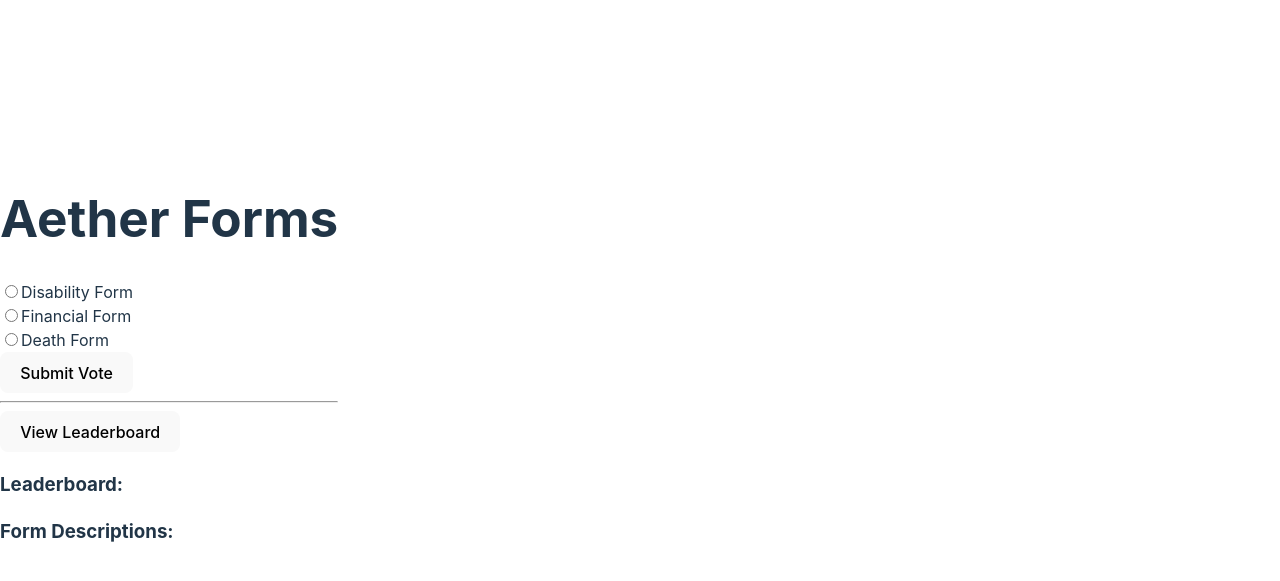
Repository: Jennica1/Aether-Top-Forms
Page: / (app in form-leaderboard-frontend/)
The author's editor kept a copy of each file at every save. The page is drawn from the files as they stood at one save, then again after the next save.
The browser window is 1280 px wide. The pictures show the whole page.
The project was rebuilt for these pictures with package versions that can differ from the ones it lists, and the page was loaded fresh each time. Also part of the build but not shown: form-leaderboard-frontend/vite.config.js.

Above is the page before, as saved 2024-11-26 21:12:59.

### form-leaderboard-frontend/src/App.jsx
import React from "react";
import VotingForm from "./components/VotingForm";
import Leaderboard from "./components/Leaderboard";

function App() {
  return (
    <div>
      <h1>Aether Forms</h1>
      <VotingForm />
      <hr />
      <Leaderboard />
    </div>
  );
}

export default App;

### form-leaderboard-frontend/src/components/VotingForm.jsx
import React, { useState, useEffect } from "react";

const VotingForm = () => {
  const [formDescriptions, setFormDescriptions] = useState([]);
  const [formType, setFormType] = useState("");
  const [selectedDescription, setSelectedDescription] = useState("");

  // Load form descriptions from JSON
  useEffect(() => {
    import("../formDescriptions.json")
      .then((module) => {
        console.log("Loaded form descriptions:", module.default); // Debugging
        setFormDescriptions(module.default);
      })
      .catch((error) => {
        console.error("Failed to load form descriptions:", error);
      });
  }, []);

  // Handle form selection and display description
  const handleFormSelection = (form) => {
    setFormType(form);
    const description = formDescriptions.find((item) => item.formType === form)?.description;
    setSelectedDescription(description || "No description available.");
  };

  // Handle vote submission
  const handleVote = async (e) => {
    e.preventDefault();

    if (!formType) {
      alert("Please select a form!");
      return;
    }

    try {
      const response = await fetch("https://aether-top-forms-leaderboard.onrender.com//api/votes", {
        method: "POST",
        headers: {
          "Content-Type": "application/json",
        },
        body: JSON.stringify({ formType }),
      });

      if (response.ok) {
        alert(`Vote submitted for ${formType}`);
      } else {
        console.error("Error submitting vote:", response.statusText);
      }
    } catch (error) {
      console.error("Error submitting vote:", error);
    }
  };

  return (
    <div>
      <form onSubmit={handleVote}>
      {formDescriptions.map((form) => (
  <div key={form.formType}>
    <label>
      <input
        type="radio"
        name="form"
        value={form.formType}
        onChange={(e) => handleFormSelection(e.target.value)}
      />
      {form.formType}
    </label>
  </div>
))}
        <button type="submit">Submit Vote</button>
      </form>

      {selectedDescription && (
        <div>
          <h3>Form Description:</h3>
          <p>{selectedDescription}</p>
        </div>
      )}
    </div>
  );
};

export default VotingForm;

### form-leaderboard-frontend/src/components/Leaderboard.jsx
import React, { useState } from "react";
import axios from "axios";

const Leaderboard = () => {
  const [leaderboard, setLeaderboard] = useState([]);
  const [formDescriptions, setFormDescriptions] = useState([]);
  const [error, setError] = useState(null);

  const fetchLeaderboardAndDescriptions = async () => {
    try {
      // Fetch leaderboard data from the backend
      const { data: leaderboardData } = await axios.get(
        "https://aether-top-forms-leaderboard.onrender.com/api/votes/leaderboard"
      );

      // Fetch form descriptions from the JSON file
      const descriptionsModule = await import("../formDescriptions.json");

      setLeaderboard(leaderboardData);
      setFormDescriptions(descriptionsModule.default);
      setError(null); // Clear any previous errors
    } catch (error) {
      console.error("Error fetching leaderboard or descriptions:", error);
      setError(error.message || "Something went wrong");
    }
  };

  return (
    <div>
      <button onClick={fetchLeaderboardAndDescriptions}>View Leaderboard</button>

      {error && <p style={{ color: "red" }}>Error: {error}</p>}

      {/* Display the leaderboard */}
      <h3>Leaderboard:</h3>
      <ul>
        {leaderboard.map((entry) => (
          <li key={entry._id}>
            <strong>{entry._id}</strong> ({entry.count} votes): {entry.description}
          </li>
        ))}
      </ul>

      {/* Display the form descriptions */}
      <h3>Form Descriptions:</h3>
      <ul>
        {formDescriptions.map((form) => (
          <li key={form.formType}>
            {form.formType}: {form.description}
          </li>
        ))}
      </ul>
    </div>
  );
};

export default Leaderboard;

### form-leaderboard-frontend/src/formDescriptions.json
[
  {
    "formType": "Disability Form",
    "description": "A form for requesting accommodations or support for disabilities."
  },
  {
    "formType": "Financial Form",
    "description": "A form for financial aid or assistance requests."
  },
  {
    "formType": "Death Form",
    "description": "A form for processing claims related to death benefits."
  }

]

Loaded but not shown: form-leaderboard-frontend/index.html (common file); form-leaderboard-frontend/src/main.jsx (common file); form-leaderboard-frontend/src/index.css (common file)

After the next save:
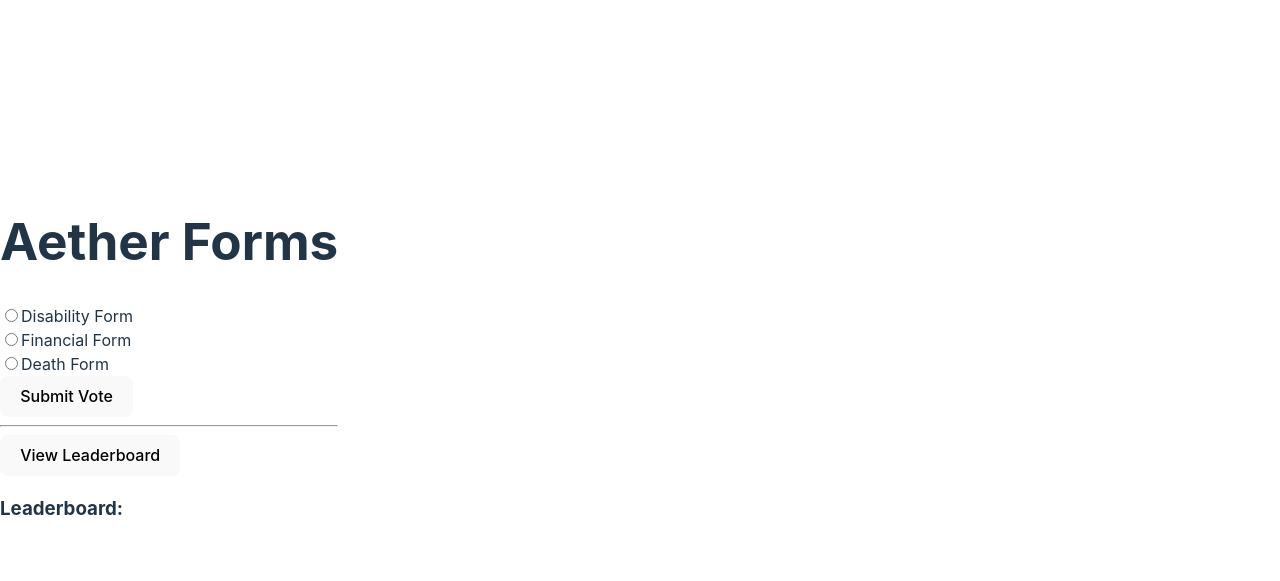
Saved 22 s later.
--- a/form-leaderboard-frontend/src/components/Leaderboard.jsx
+++ b/form-leaderboard-frontend/src/components/Leaderboard.jsx
@@ -41,15 +41,7 @@ const Leaderboard = () => {
         ))}
       </ul>
 
-      {/* Display the form descriptions */}
-      <h3>Form Descriptions:</h3>
-      <ul>
-        {formDescriptions.map((form) => (
-          <li key={form.formType}>
-            {form.formType}: {form.description}
-          </li>
-        ))}
-      </ul>
+
     </div>
   );
 };
